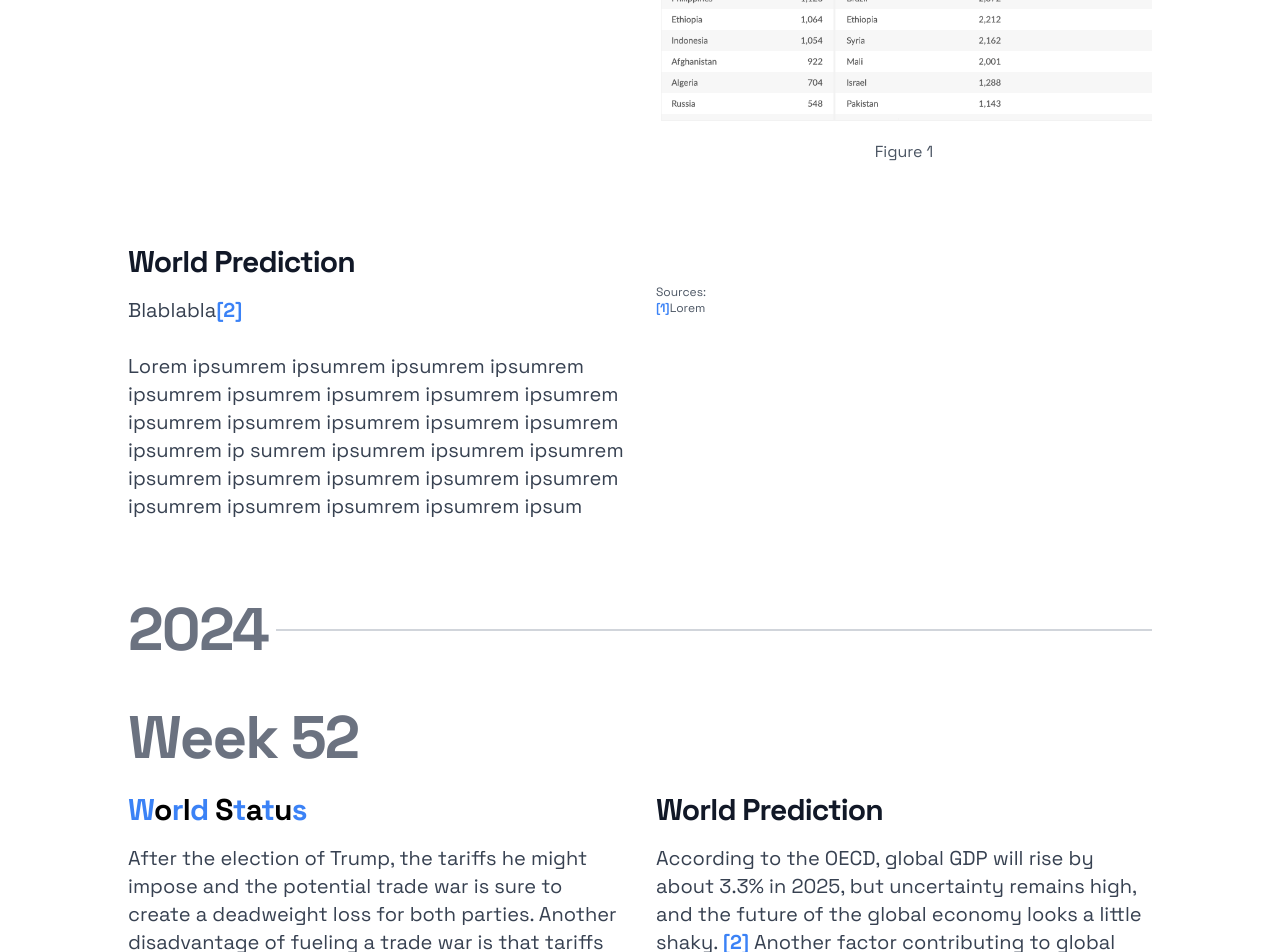
Repository: Larshalvorhansen/personalWebsite
Page: content/economicOutlook.html
The author's editor kept a copy of each file at every save. The page is drawn from the files as they stood at one save, then again after the next save.
The browser window is 1280 px wide. The pictures show the part of the page from y = 1053 to 2005 px (the page is 3581 px tall before and 3297 px after).
A picture or video elsewhere on the page could not be fetched, so the positions and the page height are approximate. Some web fonts or font styles are not loaded; a fallback is used. Some web libraries are served in a nearby version.

Above is the page before, as saved 2025-02-06 15:54:06.

### content/economicOutlook.html
<!DOCTYPE html>
<html lang="en">

<head>
    <meta charset="UTF-8">
    <meta name="viewport" content="width=device-width, initial-scale=1.0">
    <title>Economic Outλook</title>
    <script src="https://cdn.tailwindcss.com"></script>
    <link href="https://fonts.googleapis.com/css2?family=Bentham&family=Space+Grotesk:wght@400;700&display=swap"
        rel="stylesheet">
    <link rel="apple-touch-icon" sizes="180x180" href="/apple-touch-icon.png">
    <link rel="icon" type="image/png" sizes="32x32" href="/favicon-32x32.png">
    <link rel="icon" type="image/png" sizes="16x16" href="/favicon-16x16.png">
    <link rel="manifest" href="/site.webmanifest">
    <style>
        body {
            font-family: 'Space Grotesk', sans-serif;
        }

        h1.title {
            font-family: 'Bentham', serif;
        }

        h1,
        h2,
        h3 {
            letter-spacing: -0.03em;
        }

        .vertical-text {
            writing-mode: vertical-rl;
            transform: rotate(180deg);
            font-weight: 700;
            letter-spacing: 0.1em;
            text-transform: uppercase;
        }

        /* Custom Margins for Superwide Layouts */
        @media (min-width: 1600px) {
            .superwide {
                max-width: 1400px;
                margin-left: auto;
                margin-right: auto;
            }
        }
    </style>
</head>
<!--HER I Script LIGGER MALEN FOR HVER UKE. Bruk den for hver uke.-->
<script>
    /*
    Here’s the commented-out version of your HTML code:

<!--
<div class="grid grid-cols-1 md:grid-cols-2 gap-8">
    <h2 class="text-4xl md:text-6xl font-bold text-gray-500 mb-6">
        Week n
    </h2>
    <!-- World Status -->
    <div>
        <h3 class="text-2xl md:text-3xl font-bold mb-4">
            World <span style="text-decoration: underline; text-decoration-color: #3b82f6;">Status</span>
        </h3>
        <p class="text-base md:text-xl leading-relaxed text-gray-700">
            Lorem Lorem Lorem omg jeg elsker lorem lorem lorem <a
                href="https://ourworldindata.org/grapher/countries-democracies-autocracies-row?facet=none"
                class="text-blue-500 font-bold">[1]</a><br>
        </p>
        <figure class="flex flex-col items-center my-6">
            <img src="https://upload.wikimedia.org/wikipedia/commons/1/11/Democracy_Index_2022.svg"
                alt="Democracy Index 2022 map" class="w-full md:w-auto h-auto">
            <figcaption class="text-gray-600 text-center mt-4">
                FigCaptiron fdshjkfdsjfhkdshfjhdskdf
            </figcaption>
        </figure>
    </div>
    <!--World Prediction-- >
        <div>
            <h3 class="text-2xl md:text-3xl font-bold mb-4">
                World Prediction
            </h3>
            <p class="text-base md:text-xl leading-relaxed text-gray-700">
                Blablabla<a href="https://www.ipcc.ch/report/ar6/wg1/figures/chapter-9/faq-9-3-figure-1"
                    class="text-blue-500 font-bold">[2]</a><br><br>
                        Lorem ipsum
                    </p>
                </div>
                <!-- Sources -->
                <div class="text-xs text-gray-600 mt-6">
                    <br>Sources:
                        <br><a href="https://ourworldindata.org/grapher/countries-democracies-autocracies-row?facet=none"
                            class="text-blue-500 font-bold">[1]</a>Lorem
                        </div>
                        <br>
                            <br>
                            </div>
-->*/
</script>

<body class="bg-white text-gray-900">

    <!-- Header -->
    <header class="px-6 md:px-12 lg:px-20 xl:px-32 py-12 superwide">
        <h1 class="title text-5xl md:text-7xl lg:text-9xl font-bold leading-tight tracking-tight uppercase">
            Economic Out<span class="text-blue-500 lowercase">λ</span>ook
        </h1>
        <p class="mt-4 text-lg md:text-2xl text-gray-700">
            A weekly status update and prediction of the future.
        </p>
        <p class="text-sm md:text-lg text-gray-500 mt-2">
            <b>In the beginning this will be quite brief, maybe bad and probably straight out factually wrong.</b> <br>
            The point is for me to just get started and to improve over time.
        </p>
    </header>

    <!-- Main Content -->
    <main class="px-6 md:px-12 lg:px-20 xl:px-32 py-12 space-y-16 superwide">
        <section class="relative">
            <!-- 2025 divider -->
            <div class="flex items-center space-x-2 mb-6">
                <h2 class="text-4xl md:text-6xl font-bold text-gray-500">
                    2025
                </h2>
                <div class="flex-grow border-t-2 border-gray-300"></div>
                <br>
            </div>
            <div class="grid grid-cols-1 md:grid-cols-2 gap-8">
                <h2 class="text-4xl md:text-6xl font-bold text-gray-500 mb-6">
                    Week 5
                    <br>
                </h2>
                <!-- World Status -->
                <div>
                    <h3 class="text-2xl md:text-3xl font-bold mb-4">
                        World <span style="text-decoration: underline; text-decoration-color: #3b82f6;">Status</span>
                    </h3>
                    <p class="text-base md:text-xl leading-relaxed text-gray-700">
                        As seen in figure 1, the global deaths and the countries of where there has been war, has changed a lot from 2003 to
                        2023. <a
                            href="https://ourworldindata.org/grapher/countries-democracies-autocracies-row?facet=none"
                            class="text-blue-500 font-bold">[1]</a><br>
                        <img src="DeathInArmedConflicts2023vs2003.png" alt="Democracy Index 2022 map"
                            class="w-full md:w-auto h-auto">
                    <figcaption class="text-gray-600 text-center mt-4">
                        Figure 1
                    </figcaption>
                    </p>
                    <figure class="flex flex-col items-center my-6">

                    </figure>
                </div>
                <!-- World Prediction -->
                <div>
                    <h3 class="text-2xl md:text-3xl font-bold mb-4">
                        World Prediction
                    </h3>
                    <p class="text-base md:text-xl leading-relaxed text-gray-700">
                        Blablabla<a href="https://www.ipcc.ch/report/ar6/wg1/figures/chapter-9/faq-9-3-figure-1"
                            class="text-blue-500 font-bold">[2]</a><br><br>
                        Lorem ipsumrem ipsumrem ipsumrem ipsumrem ipsumrem ipsumrem ipsumrem ipsumrem ipsumrem ipsumrem
                        ipsumrem ipsumrem ipsumrem ipsumrem ipsumrem ip
                        sumrem ipsumrem ipsumrem ipsumrem ipsumrem ipsumrem ipsumrem ipsumrem ipsumrem ipsumrem ipsumrem
                        ipsumrem ipsumrem ipsum
                    </p>
                </div>
                <!-- Sources -->
                <div class="text-xs text-gray-600 mt-6">
                    <br>Sources:
                    <br><a href="https://ourworldindata.org/grapher/countries-democracies-autocracies-row?facet=none"
                        class="text-blue-500 font-bold">[1]</a>Lorem
                </div>
                <br>
                <br>
            </div>

            <!-- 2024 divider-->
            <div class="flex items-center space-x-2 mb-6">
                <h2 class="text-4xl md:text-6xl font-bold text-gray-500">2024</h2>
                <div class="flex-grow border-t-2 border-gray-300"></div>
            </div>
            <!-- Week 52 -->
            <div>
                <br>
                <h2 class="text-4xl md:text-6xl font-bold text-gray-500 mb-6">
                    Week 52
                </h2>
                <div class="grid grid-cols-1 md:grid-cols-2 gap-8">
                    <!-- World Status -->
                    <div>
                        <h3 class="text-2xl md:text-3xl font-bold mb-4 tracking-tight">
                            <div><span class="text-blue-500">W</span><span class="text-black">o</span><span
                                    class="text-blue-500">r</span><span class="text-black">l</span><span
                                    class="text-blue-500">d</span><span> </span><span class="text-black">S</span><span
                                    class="text-blue-500">t</span><span class="text-black">a</span><span
                                    class="text-blue-500">t</span><span class="text-black">u</span><span
                                    class="text-blue-500">s</span>
                            </div>
                        </h3>
                        <p class="text-base md:text-xl leading-relaxed text-gray-700">
                            After the election of Trump, the tariffs he might impose and the potential trade war is
                            sure to create a deadweight loss for both parties.
                            Another disadvantage of fueling a trade war is that tariffs are much easier to create than
                            to
                            remove.

                            President Xi Jinping has said that China will take a stronger hold of Taiwan; it is only a
                            matter of time.<a
                                href="https://edition.cnn.com/2019/01/02/asia/xi-jinping-taiwan-tsai-intl/index.html"
                                class="text-blue-500 font-bold">[1]</a>

                        </p>
                    </div>
                    <!-- World Prediction -->
                    <div>
                        <h3 class="text-2xl md:text-3xl font-bold mb-4">
                            World Prediction
                        </h3>
                        <p class="text-base md:text-xl leading-relaxed text-gray-700">
                            According to the OECD, global GDP will rise by about 3.3% in 2025, but uncertainty remains
                            high,
                            and the future of the global economy looks a little shaky. <a
                                href="https://doi.org/10.1787/d8814e8b-en" class="text-blue-500 font-bold">[2]</a>
                            Another factor contributing to global brittleness is the high amount of national debt among
                            many
                            countries.
                        </p>
                    </div>
                    <!-- Sources -->
                    <div class="text-xs text-gray-600 mt-6">
                        <br>Sources:
                        <br><a href="https://edition.cnn.com/2019/01/02/asia/xi-jinping-taiwan-tsai-intl/index.html"
                            class="text-blue-500 font-bold">[1]</a> Xi Jinping states China will take a stronger hold of
                        Taiwan.
                        <br><a href="https://doi.org/10.1787/d8814e8b-en" class="text-blue-500 font-bold">[2]</a> OECD
                        predicts global GDP will rise by 3.3% in 2025 despite high uncertainty.
                    </div>
                </div>
                <br>
                <br>
                <br>
            </div>
            <!-- Week 51 -->
            <div>
                <h2 class="text-4xl md:text-6xl font-bold text-gray-500 mb-6">
                    Week 51
                </h2>
                <div class="grid grid-cols-1 md:grid-cols-2 gap-8">
                    <!-- World Status -->
                    <div>
                        <h3 class="text-2xl md:text-3xl font-bold mb-4">
                            World <span class="text-blue-500">Status</span>
                        </h3>
                        <p class="text-base md:text-xl leading-relaxed text-gray-700">
                            The US currently has the highest total GDP ($29 trillion) followed by China (18) and Germany
                            (4). Donald J. Trump is the world's most powerful world leader. The rate of human pollution
                            is
                            still much higher than what is necessary for benefiting humanity in the medium and long
                            term.
                            However, carbon-cutting initiatives are on the rise although they often don't meet the
                            promised
                            target nor the amount necessary (although what is necessary is subjective, of course).
                            <br><br>
                            The total share of democracies in the world peaked in 2010 at around 50% of the world's
                            countries and seems to have been declining slightly from 2017 until now. <a
                                href="https://ourworldindata.org/grapher/countries-democracies-autocracies-row?facet=none"
                                class="text-blue-500 font-bold">[1]</a><br>
                        </p>
                        <figure class="flex flex-col items-center my-6">
                            <img src="https://upload.wikimedia.org/wikipedia/commons/1/11/Democracy_Index_2022.svg"
                                alt="Democracy Index 2022 map" class="w-full md:w-auto h-auto">
                            <figcaption class="text-gray-600 text-center mt-4">
                                Democracy Index 2022: A global perspective on democratic governance. Image from
                                Wikimedia
                                Commons
                            </figcaption>
                        </figure>
                    </div>
                    <!-- World Prediction -->
                    <div>
                        <h3 class="text-2xl md:text-3xl font-bold mb-4">
                            World Prediction
                        </h3>
                        <p class="text-base md:text-xl leading-relaxed text-gray-700">
                            The Gulf Stream will, with a very high certainty, stop flowing within the next 10-15 years.
                            This
                            will cause the average yearly temperature of the northern European coastal countries to be
                            considerably lower (from around 5-10 degrees Celsius). <a
                                href="https://www.ipcc.ch/report/ar6/wg1/figures/chapter-9/faq-9-3-figure-1"
                                class="text-blue-500 font-bold">[2]</a><br><br>
                            Intel will almost go down under, causing non-Asian chip production to become critically low
                            as
                            there are only three main producers: TSMC, Samsung, and Intel. This is only the tip of the
                            iceberg for the US, however, as it will soon be slung into a great economic downfall. With
                            Trump's aggressive/chaotic macroeconomic policy, there is a higher probability that it will
                            happen sooner rather than later.<a
                                href="https://www.amazon.com/Changing-World-Order-Nations-Succeed/dp/1982160276"
                                class="text-blue-500 font-bold">[3]</a> The West will feel a strong incentive to invest
                            in a
                            new semiconductor fab as China takes military control of TSMC and Taiwan (a disputed
                            country) in
                            general. It is noteworthy to mention here, however, that TSMC relies heavily on machines
                            from
                            ASML, a Dutch company.
                        </p>
                    </div>
                    <!-- Sources -->
                    <div class="text-xs text-gray-600 mt-6">
                        <br>Sources:
                        <br><a
                            href="https://ourworldindata.org/grapher/countries-democracies-autocracies-row?facet=none"
                            class="text-blue-500 font-bold">[1]</a> Global democracies peaked in 2010, declining
                        slightly
                        since 2017.
                        <br><a href="https://www.ipcc.ch/report/ar6/wg1/figures/chapter-9/faq-9-3-figure-1"
                            class="text-blue-500 font-bold">[2]</a> Gulf Stream likely to stop within 10-15 years,
                        cooling
                        Europe.
                        <br><a href="https://www.amazon.com/Changing-World-Order-Nations-Succeed/dp/1982160276"
                            class="text-blue-500 font-bold">[3]</a> Intel's decline may threaten non-Asian chip
                        production;
                        geopolitical risks loom.
                    </div>
                </div>
            </div>
        </section>

    </main>

    <!-- Footer -->
    <footer class="px-6 md:px-12 lg:px-20 xl:px-32 py-12 superwide">
        <p class="text-xs md:text-sm text-gray-600">
            2024 Economic Out<span class="text-blue-600">λ</span>ook. All rights <a
                href="https://www.pngpacks.com/uploads/data/2162/IMG_mdugW0ZKKpxn.png"
                class="text-blue-500 font-bold">reversed</a>.
        </p>
    </footer>

</body>

</html>

After the next save:
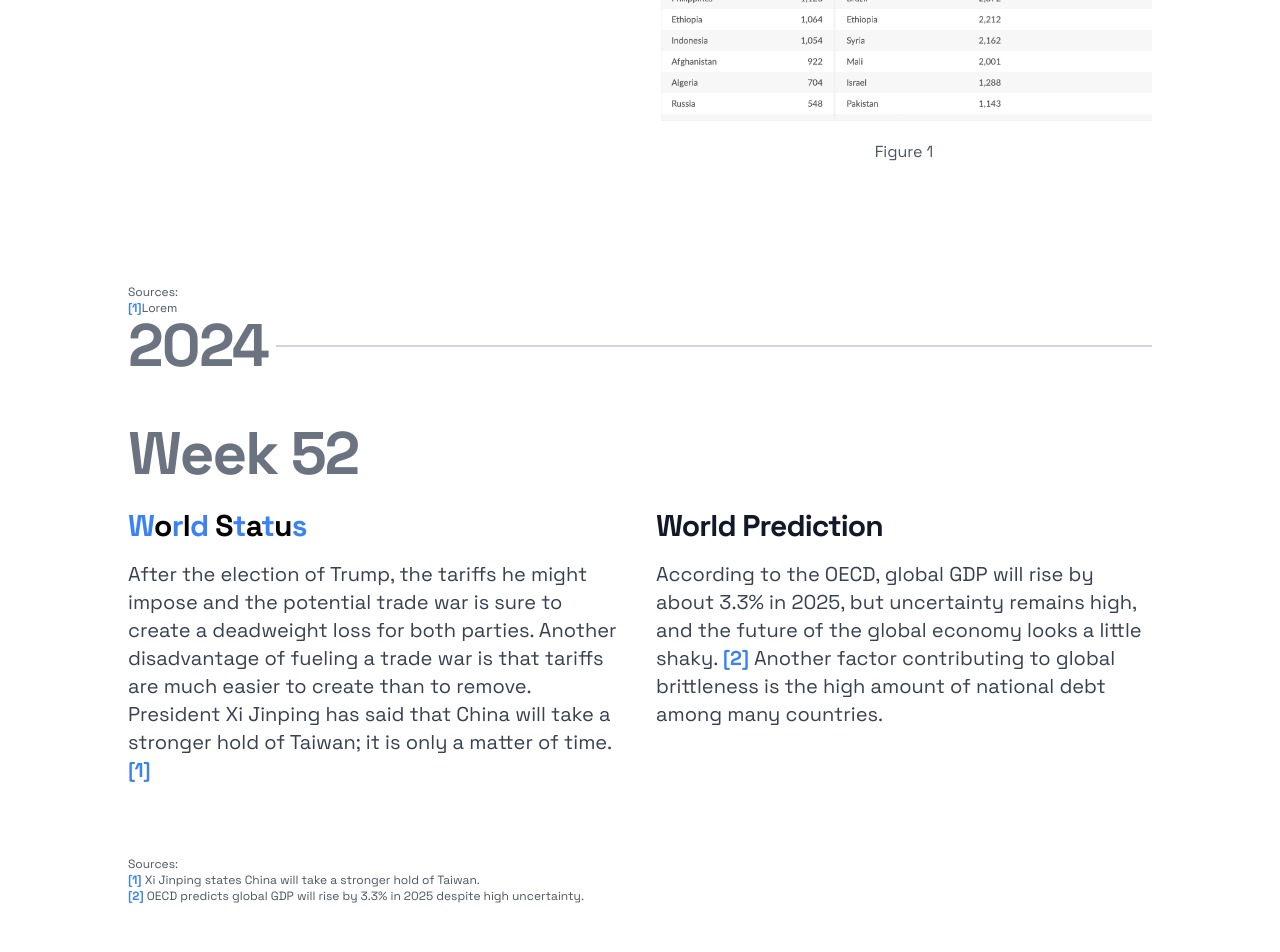
Saved 40 s later.
--- a/content/economicOutlook.html
+++ b/content/economicOutlook.html
@@ -134,7 +134,8 @@
                         World <span style="text-decoration: underline; text-decoration-color: #3b82f6;">Status</span>
                     </h3>
                     <p class="text-base md:text-xl leading-relaxed text-gray-700">
-                        As seen in figure 1, the global deaths and the countries of where there has been war, has changed a lot from 2003 to
+                        As seen in figure 1, the global deaths and the countries of where there has been war, has
+                        changed a lot from 2003 to
                         2023. <a
                             href="https://ourworldindata.org/grapher/countries-democracies-autocracies-row?facet=none"
                             class="text-blue-500 font-bold">[1]</a><br>
@@ -149,7 +150,7 @@
                     </figure>
                 </div>
                 <!-- World Prediction -->
-                <div>
+                <!-- <div>
                     <h3 class="text-2xl md:text-3xl font-bold mb-4">
                         World Prediction
                     </h3>
@@ -161,7 +162,7 @@
                         sumrem ipsumrem ipsumrem ipsumrem ipsumrem ipsumrem ipsumrem ipsumrem ipsumrem ipsumrem ipsumrem
                         ipsumrem ipsumrem ipsum
                     </p>
-                </div>
+                </div> -->
                 <!-- Sources -->
                 <div class="text-xs text-gray-600 mt-6">
                     <br>Sources:
